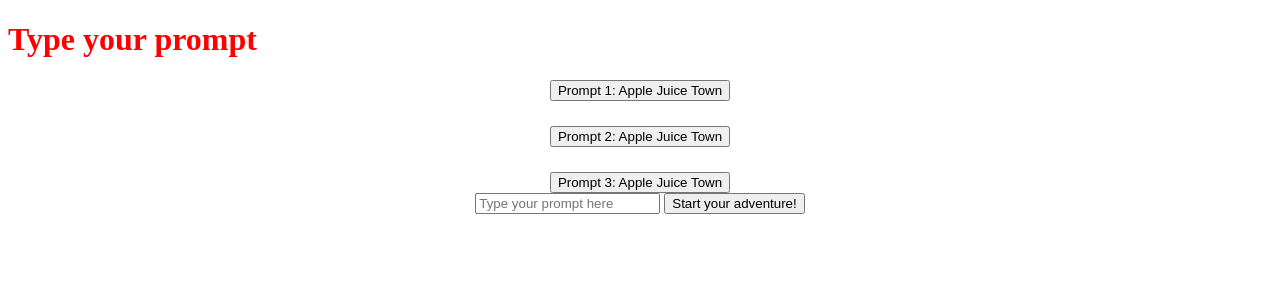
Repository: Appl3Kitti3/PROJECT_4537
Page: ClientSide/index.html
An editor plug-in stored every save of this project. The page is shown before and after the next save, followed by the edit.
The browser window is 1280 px wide. The pictures show the whole page.

Above is the page before, as saved 2024-10-17 20:58:23.

After the next save:
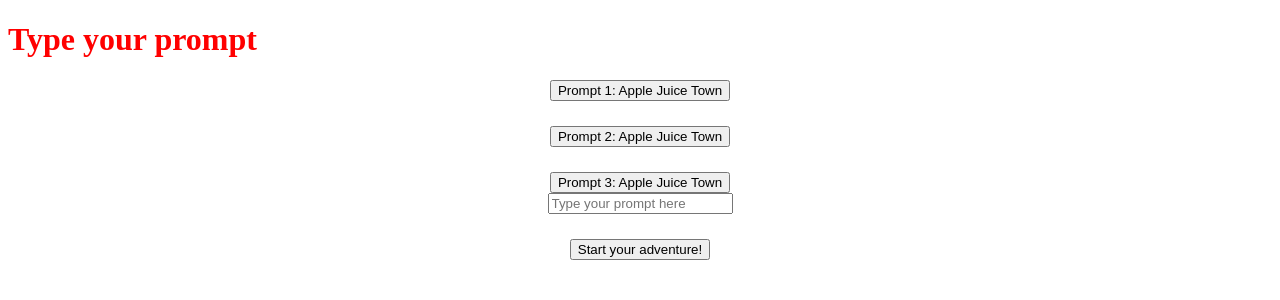
Saved 5 s later.
--- a/ClientSide/index.html
+++ b/ClientSide/index.html
@@ -7,13 +7,14 @@
                 color: red;
             }
 
-            .suggestions_container, .main_container
+            .suggestions_container, .main_container, form
             {
                 display: flex;
                 flex-direction: column;
                 align-items: center;
                 gap: 25px;
             }
+
         </style>
 
 
